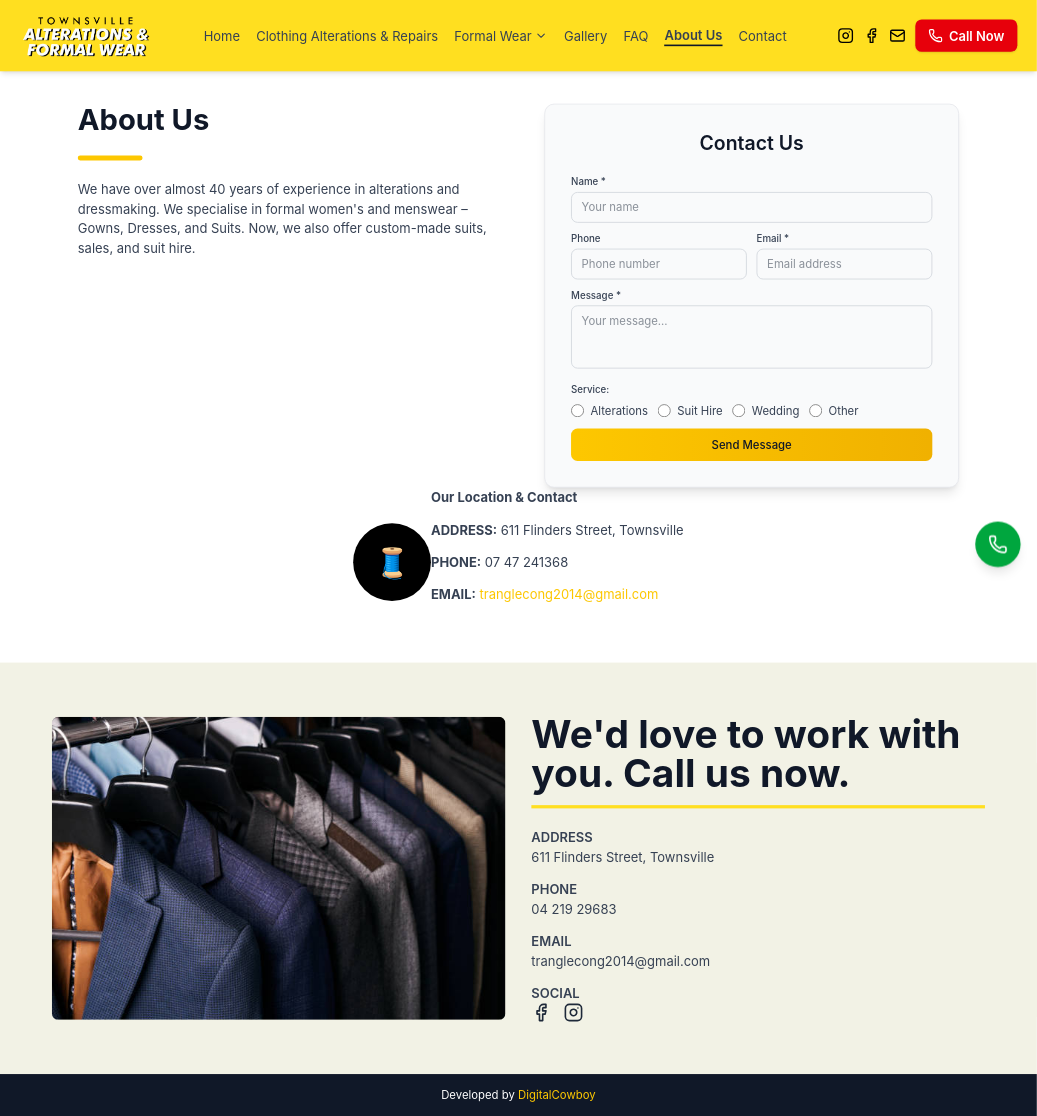
Repository: tarekhasan1/townsville-alteration
Page: /about-us
These files come from the project's save history. The page is drawn as it stood at one moment and after the next save; the edit follows.
The browser window is 1280 px wide. The pictures show the whole page, at 81% of full size.
The page's requests for data from a server got no answer. The project was rebuilt for these pictures with package versions that can differ from the ones it lists, and the page was loaded fresh each time. The framework's server and built-in components were replaced by stand-ins that run in the browser. No one was signed in, and anything a server would have sent is missing. Also part of the build but not shown: next.config.ts.

Above is the page before, as saved 2026-01-31 15:59:44.

After the next save:
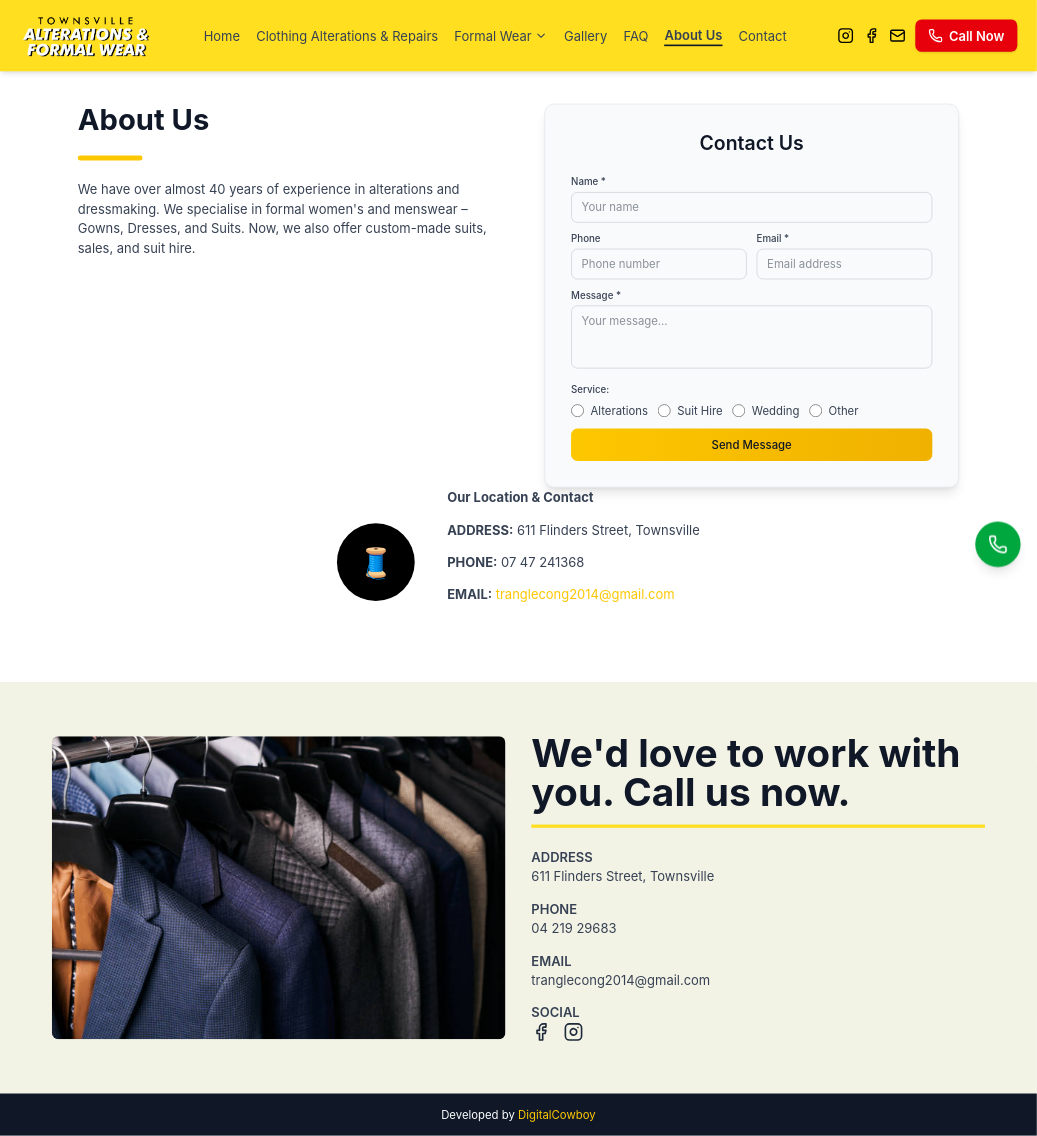
Saved 59 s later.
--- a/src/components/AboutUsSection.tsx
+++ b/src/components/AboutUsSection.tsx
@@ -27,7 +27,7 @@ export default function AboutUsSection() {
                         </div>
                     </div>
                 </div>
-                <div className='flex items-center w-full justify-center mx-auto mb-6'>
+                <div className='flex items-center w-full justify-center mx-auto mb-12 gap-10'>
                     <div className="flex lg:justify-start justify-center mt-10">
                                 <div className="w-24 h-24 bg-black rounded-full flex items-center justify-center">
                                     <span className="text-white text-4xl">🧵</span>
